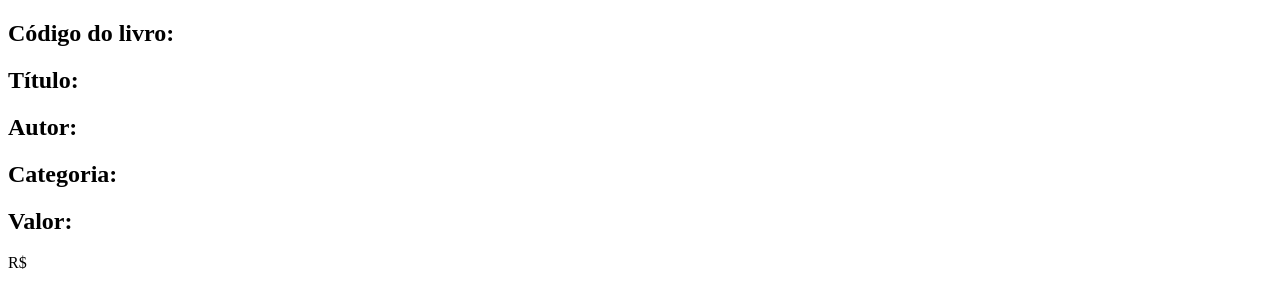
Repository: Matheus-Galdino/Livraria
Page: http://localhost/livraria/detalhesLivro.jsp
The author's editor kept a copy of each file at every save. The page is drawn from the files as they stood at one save, then again after the next save.
The browser window is 1280 px wide. The pictures show the whole page.
The page is served by Tomcat 9. Nobody is signed in. The application's start-up code is not run. Other server files are loaded and not shown.

Above is the page before, as saved 2022-11-06 23:21:29.

### livraria/src/main/webapp/detalhesLivro.jsp
<%@ page language="java" contentType="text/html; charset=ISO-8859-1"
	pageEncoding="ISO-8859-1"%>
<%@ taglib uri="http://java.sun.com/jsp/jstl/core" prefix="c"%>
<c:set value="${requestScope.livro}" var="livro" />
<c:set value="${requestScope.cod }" var="cod" />
<!DOCTYPE html>
<html>
<head>
<meta charset="ISO-8859-1">
<title>Detalhes livro</title>
</head>
<body>
	<h2>Código do livro:</h2>
	<p>${ cod } </p>

	<h2>Título:</h2>
	<p>${ livro.titulo } </p>

	<h2>Autor:</h2>
	<p>${ livro.autor } </p>

	<h2>Categoria:</h2>
	<p>${ livro.categoria } </p>

	<h2>Valor:</h2>
	<p>R$ ${ livro.valor } </p>
</body>
</html>

After the next save:
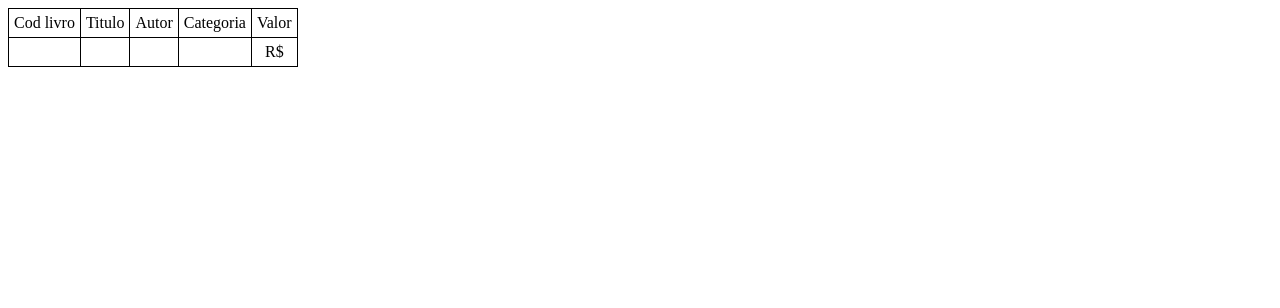
Saved 2 min 6 s later.
--- a/livraria/src/main/webapp/detalhesLivro.jsp
+++ b/livraria/src/main/webapp/detalhesLivro.jsp
@@ -2,27 +2,44 @@
 	pageEncoding="ISO-8859-1"%>
 <%@ taglib uri="http://java.sun.com/jsp/jstl/core" prefix="c"%>
 <c:set value="${requestScope.livro}" var="livro" />
-<c:set value="${requestScope.cod }" var="cod" />
 <!DOCTYPE html>
 <html>
 <head>
 <meta charset="ISO-8859-1">
 <title>Detalhes livro</title>
+
+<style type="text/css">
+table {
+	text-align: center;
+	border-collapse: collapse;
+}
+
+td {
+	padding: 5px;
+	border: 1px solid #000;
+}
+</style>
 </head>
 <body>
-	<h2>Código do livro:</h2>
-	<p>${ cod } </p>
-
-	<h2>Título:</h2>
-	<p>${ livro.titulo } </p>
-
-	<h2>Autor:</h2>
-	<p>${ livro.autor } </p>
-
-	<h2>Categoria:</h2>
-	<p>${ livro.categoria } </p>
-
-	<h2>Valor:</h2>
-	<p>R$ ${ livro.valor } </p>
+	<table>
+		<thead>
+			<tr>
+				<td>Cod livro</td>
+				<td>Titulo</td>
+				<td>Autor</td>
+				<td>Categoria</td>
+				<td>Valor</td>
+			</tr>
+		</thead>
+		<tbody>
+				<tr>
+					<td>${ livro.codlivro }</td>
+					<td>${ livro.titulo }</td>
+					<td>${ livro.autor }</td>
+					<td>${ livro.categoria }</td>
+					<td>R$ ${ livro.valor }</td>
+				</tr>
+		</tbody>
+	</table>
 </body>
 </html>
